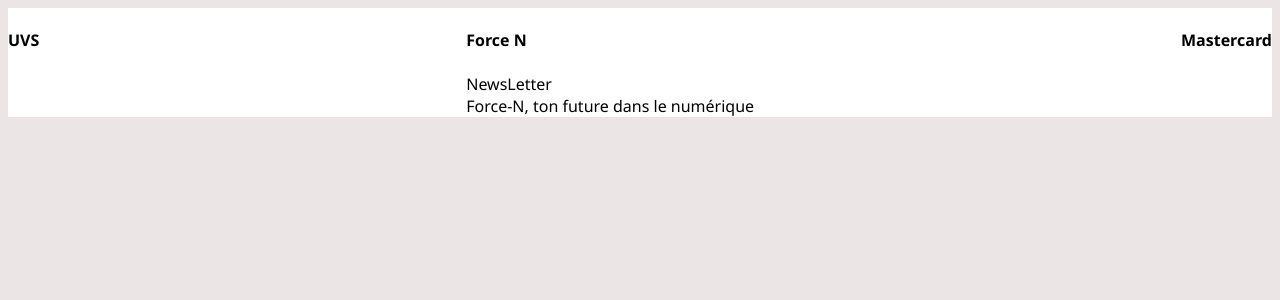
Repository: Ken-dia/newsletters_force_n
Page: index.html
An editor plug-in stored every save of this project. The page is shown before and after the next save, followed by the edit.
The browser window is 1280 px wide. The pictures show the whole page.

Above is the page before, as saved 2024-04-18 12:43:37.

### index.html
<!DOCTYPE html>
<html lang="en">
<head>
    <meta charset="UTF-8">
    <meta name="viewport" content="width=device-width, initial-scale=1.0">
    <link rel="stylesheet" href="styles.css">
    <title>FORCEN</title>
</head>
<body>
    <div class="entete">
        <div class="logos">
            <div class="logo">
                <h4>UVS</h4>
            </div>
            <div class="logo">
                <h4>Force N</h4>
                <div class="title-newsletters">NewsLetter</div>
                <div class="subtitle-newsletters">Force-N, ton future dans le numérique</div>
            </div>
            <div class="logo">
                <h4>Mastercard</h4>
            </div>

        </div>
    </div>

</body>
</html>

### styles.css
body {
    font-family: 'Segoe UI', Tahoma, Geneva, Verdana, sans-serif;
    background-color: rgb(235, 229, 229);
    padding: 0%;
}
.entete {
    background-color: white;
}
.logos {
    display: flex;
    justify-content: space-between;
}

After the next save:
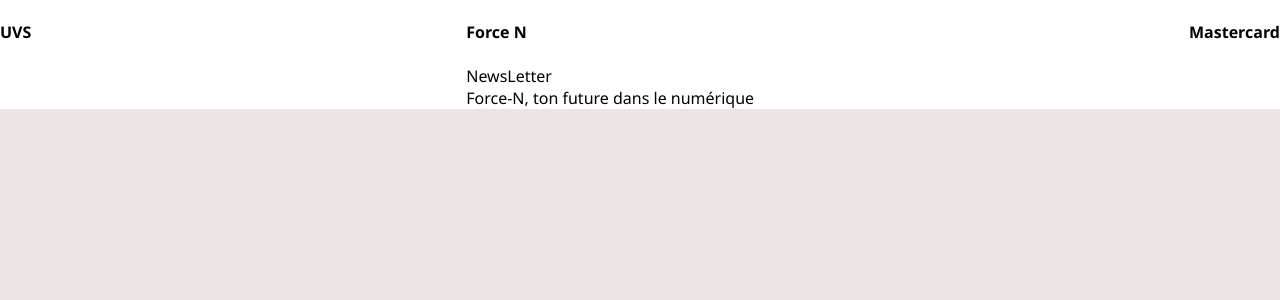
Saved 20 s later.
--- a/styles.css
+++ b/styles.css
@@ -1,7 +1,7 @@
 body {
     font-family: 'Segoe UI', Tahoma, Geneva, Verdana, sans-serif;
     background-color: rgb(235, 229, 229);
-    padding: 0%;
+   margin: 0px;
 }
 .entete {
     background-color: white;
